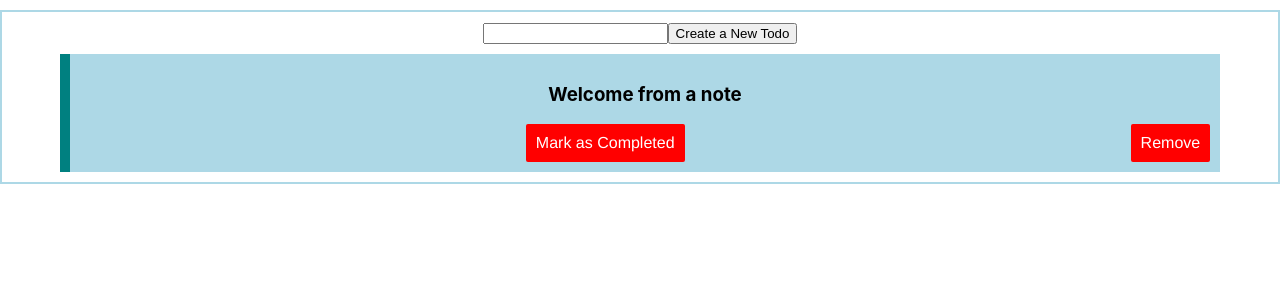
Repository: CaptainStorm21/react-ecosystem-course
Page: /
The author's editor kept a copy of each file at every save. The page is drawn from the files as they stood at one save, then again after the next save.
The browser window is 1280 px wide. The pictures show the whole page.
The project was rebuilt for these pictures with package versions that can differ from the ones it lists, and the page was loaded fresh each time.

Above is the page before, as saved 2020-05-30 17:52:20.

After the next save:
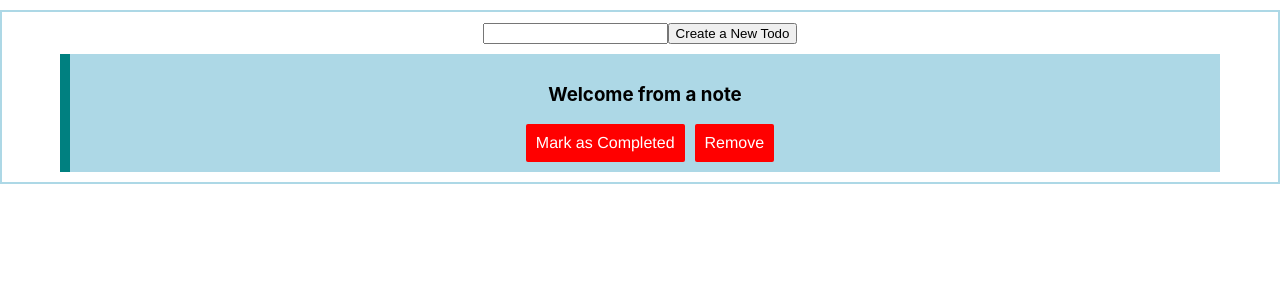
Saved 7 s later.
--- a/src/todos/NewTodoForm.css
+++ b/src/todos/NewTodoForm.css
@@ -15,7 +15,6 @@
   font-size: medium;
   font-family: "Franklin Gothic Medium", "Arial Narrow", Arial, sans-serif;
   border-radius: 2px;
-  float: right;
   color: white;
 }
 
